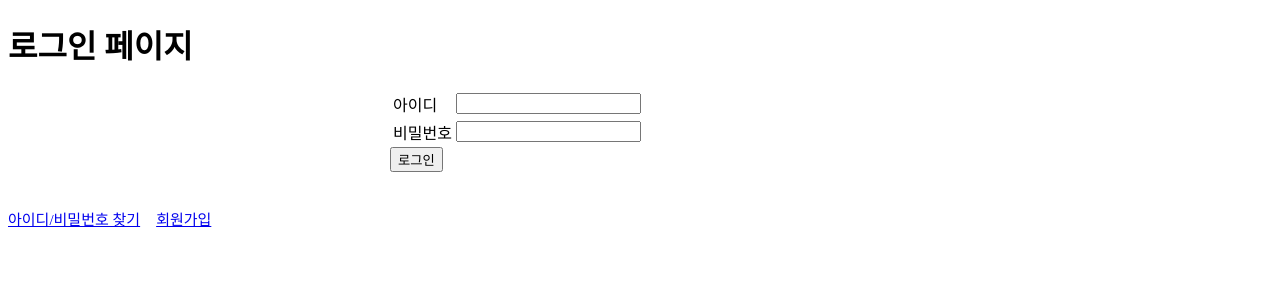
Repository: ksccmp/notice-board
Page: http://localhost/board/login.jsp
The author's editor kept a copy of each file at every save. The page is drawn from the files as they stood at one save, then again after the next save.
The browser window is 1280 px wide. The pictures show the whole page.
The page is served by Tomcat 9. Nobody is signed in. The application's start-up code is not run.

Above is the page before, as saved 2019-09-18 13:36:09.

After the next save:
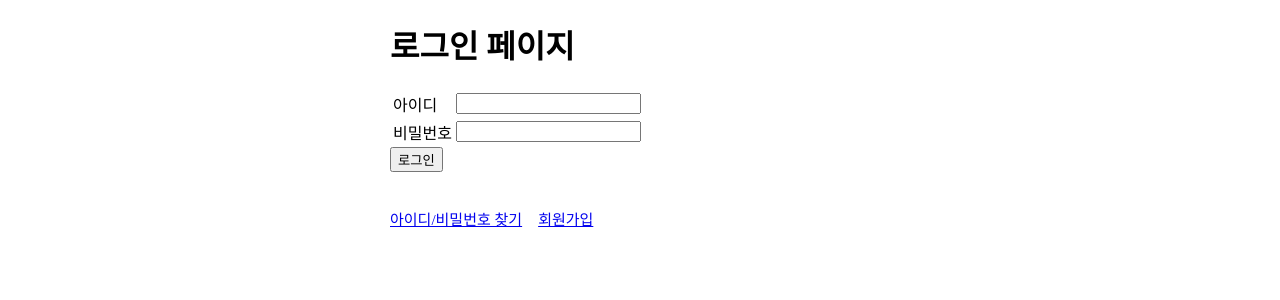
Saved 44 s later.
--- a/board/src/main/webapp/login.jsp
+++ b/board/src/main/webapp/login.jsp
@@ -17,9 +17,9 @@
 	}
 </style>
 <body>
-	<h1>로그인 페이지</h1>
-	<form method="post" action="">
-		<div id="divposition">
+	<div id="divposition">
+		<h1>로그인 페이지</h1>
+		<form method="post" action="">
 			<table>
 				<tr>
 					<td>아이디</td>
@@ -32,11 +32,11 @@
 				</tr>
 			</table>
 			<input type="submit" value="로그인">
-		</div>
-	</form>
+		</form>
 
-	<br><br>
-	<a href="#" id="hreffont">아이디/비밀번호 찾기</a> &nbsp;&nbsp;
-	<a href="#" id="hreffont">회원가입</a>
+		<br><br>
+		<a href="#" id="hreffont">아이디/비밀번호 찾기</a> &nbsp;&nbsp;
+		<a href="#" id="hreffont">회원가입</a>
+	</div>
 </body>
 </html>
